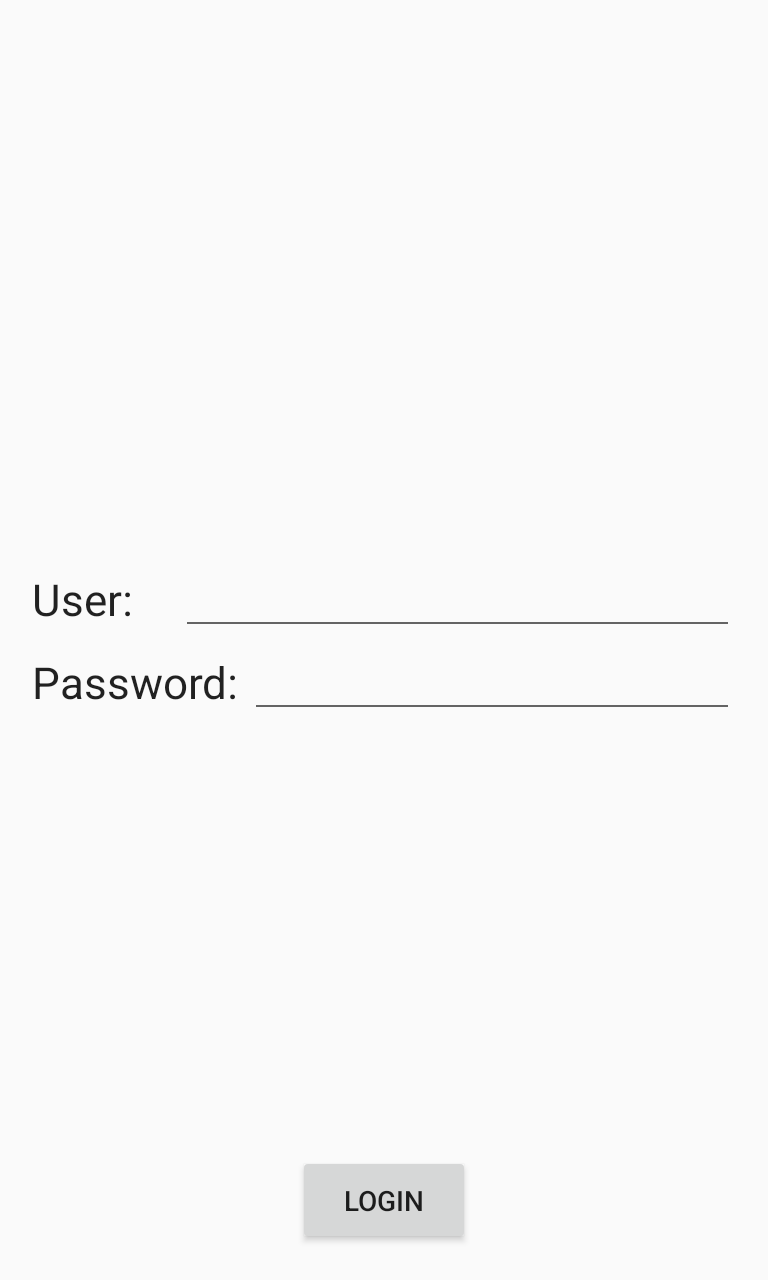
Repository: Y-GO/YGO_Parking_Project_Client
Layout: Ygo_Parking_Project/res/layout/activity_login.xml
An editor plug-in stored every save of this project. The layout is shown before and after the next save, followed by the edit.
It is drawn on a 768 x 1280 px phone screen (xhdpi) without system bars, with theme AppTheme; the app's code is not run.

Above is the layout before, as saved 2014-07-28 09:44:49.

### Ygo_Parking_Project/res/layout/activity_login.xml
<RelativeLayout xmlns:android="http://schemas.android.com/apk/res/android"
    xmlns:tools="http://schemas.android.com/tools"
    android:layout_width="fill_parent"
    android:layout_height="fill_parent"
    android:paddingBottom="@dimen/activity_vertical_margin"
    android:paddingLeft="@dimen/activity_horizontal_margin"
    android:paddingRight="@dimen/activity_horizontal_margin"
    android:paddingTop="@dimen/activity_vertical_margin"
    tools:context="com.ygo.ygo_parking_project.MainActivity" >

    <LinearLayout
        android:layout_width="fill_parent"
        android:layout_height="wrap_content"
        android:layout_centerInParent="true"
        android:orientation="vertical" >

        <LinearLayout
            android:layout_width="match_parent"
            android:layout_height="wrap_content"
            android:layout_gravity="center"
            android:orientation="vertical" >

            <LinearLayout
                android:layout_width="match_parent"
                android:layout_height="wrap_content" >

                <TextView
                    android:id="@+id/textView1"
                    android:layout_width="wrap_content"
                    android:layout_height="wrap_content"
                    android:layout_weight="0.25"
                    android:text="@string/user"
                    android:textAppearance="?android:attr/textAppearanceLarge" />

                <EditText
                    android:id="@+id/editUserName"
                    android:layout_width="wrap_content"
                    android:layout_height="wrap_content"
                    android:layout_weight="0.74"
                    android:ems="10" android:inputType="text"/>
            </LinearLayout>
        </LinearLayout>

        <LinearLayout
            android:layout_width="match_parent"
            android:layout_height="wrap_content"
            android:layout_gravity="center"
            android:orientation="vertical" >

            <LinearLayout
                android:layout_width="match_parent"
                android:layout_height="wrap_content" >

                <TextView
                    android:id="@+id/textView2"
                    android:layout_width="wrap_content"
                    android:layout_height="wrap_content"
                    android:layout_weight="0.1"
                    android:text="@string/password"
                    android:textAppearance="?android:attr/textAppearanceLarge" />

                <EditText
                    android:id="@+id/editPassword"
                    android:layout_width="wrap_content"
                    android:layout_height="wrap_content"
                    android:layout_weight="0.74"
                    android:ems="10"
                    android:inputType="textPassword" />
            </LinearLayout>
        </LinearLayout>
    </LinearLayout>

    <Button
        android:id="@+id/buttonLogIn"
        android:layout_width="wrap_content"
        android:layout_height="wrap_content"
        android:layout_alignParentBottom="true"
        android:layout_alignWithParentIfMissing="false"
        android:layout_centerHorizontal="true"
        android:text="@string/login" />

</RelativeLayout>

### Ygo_Parking_Project/res/values/strings.xml
<?xml version="1.0" encoding="utf-8"?>
<resources>

    <string name="app_name">Ygo_Parking_Project</string>
    <string name="hello_world">Hello world!</string>
    <string name="action_settings">Settings</string>
    <string name="medium_text">Medium Text</string>
    <string name="login">Login</string>
    <string name="user_">"User: "</string>
    <string name="user">User:</string>
    <string name="password">Password:</string>

</resources>

Loaded but not shown: Ygo_Parking_Project/res/values/styles.xml (common file); Ygo_Parking_Project/res/values-v11/styles.xml (common file); Ygo_Parking_Project/res/values-v14/styles.xml (common file); Ygo_Parking_Project/res/values/dimens.xml (common file); Ygo_Parking_Project/res/values-w820dp/dimens.xml (common file)

After the next save:
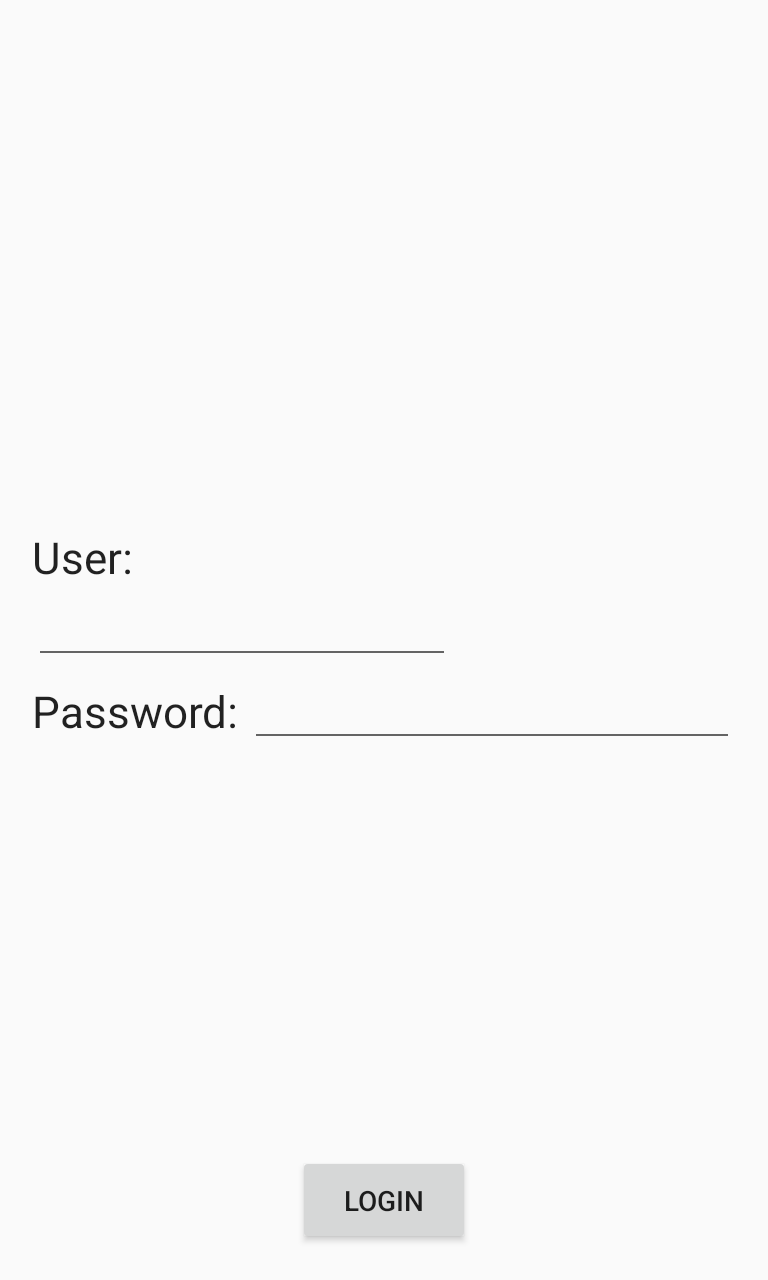
Saved 53 s later.
--- a/Ygo_Parking_Project/res/layout/activity_login.xml
+++ b/Ygo_Parking_Project/res/layout/activity_login.xml
@@ -20,25 +20,21 @@
             android:layout_gravity="center"
             android:orientation="vertical" >
 
-            <LinearLayout
-                android:layout_width="match_parent"
-                android:layout_height="wrap_content" >
+            <TextView
+                android:id="@+id/textView1"
+                android:layout_width="wrap_content"
+                android:layout_height="wrap_content"
+                android:layout_weight="0.25"
+                android:text="@string/user"
+                android:textAppearance="?android:attr/textAppearanceLarge" />
 
-                <TextView
-                    android:id="@+id/textView1"
-                    android:layout_width="wrap_content"
-                    android:layout_height="wrap_content"
-                    android:layout_weight="0.25"
-                    android:text="@string/user"
-                    android:textAppearance="?android:attr/textAppearanceLarge" />
-
-                <EditText
-                    android:id="@+id/editUserName"
-                    android:layout_width="wrap_content"
-                    android:layout_height="wrap_content"
-                    android:layout_weight="0.74"
-                    android:ems="10" android:inputType="text"/>
-            </LinearLayout>
+            <EditText
+                android:id="@+id/editUserName"
+                android:layout_width="wrap_content"
+                android:layout_height="wrap_content"
+                android:layout_weight="0.74"
+                android:ems="10"
+                android:inputType="text" />
         </LinearLayout>
 
         <LinearLayout
